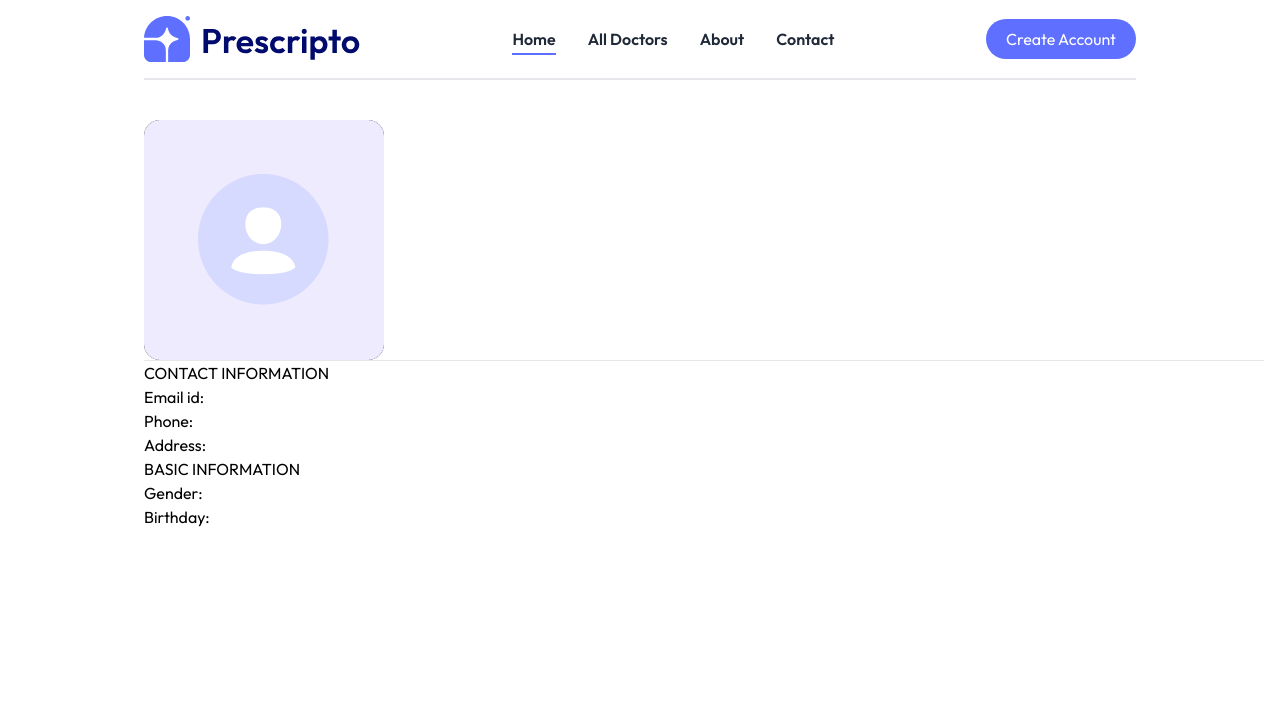
Repository: AzizHamdi99/Prescripto
Page: /profil (app in frontend/)
The author's editor kept a copy of each file at every save. The page is drawn from the files as they stood at one save, then again after the next save.
The browser window is 1280 px wide. The pictures show the whole page.
The page's requests for data from a server got no answer. The project was rebuilt for these pictures with package versions that can differ from the ones it lists, and the page was loaded fresh each time. No one was signed in, and anything a server would have sent is missing. Also part of the build but not shown: frontend/vite.config.js, frontend/src/components/Hero.jsx, frontend/src/components/Speciality.jsx, frontend/src/components/DoctorCard.jsx, frontend/src/components/TopDoctors.jsx, frontend/src/components/Banner.jsx, frontend/src/components/Footer.jsx, frontend/src/pages/Home.jsx and 7 more.

Above is the page before, as saved 2025-01-15 18:31:35.

After the next save:
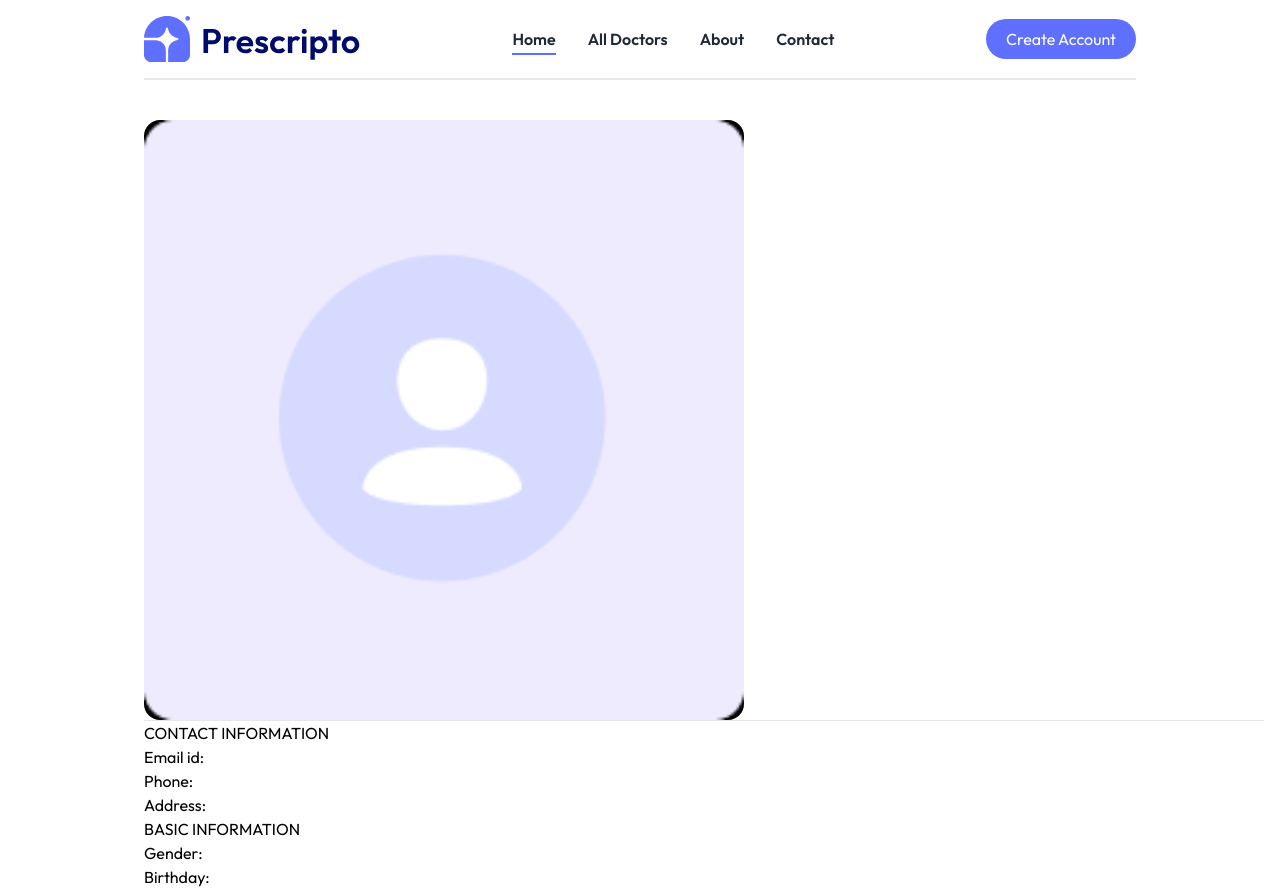
Saved 8 s later.
--- a/frontend/src/pages/Profile.jsx
+++ b/frontend/src/pages/Profile.jsx
@@ -46,7 +46,7 @@
 
   return(
     <div className="mt-10 ml-32">
-      <img src={assets.uploadare} className="bg-black rounded-2xl " alt="" />
+      <img src={assets.uploadare} className="bg-black rounded-2xl w-[600px]" alt="" />
       <h1>{user.name}</h1>
       <hr />
       <p>CONTACT INFORMATION</p>
